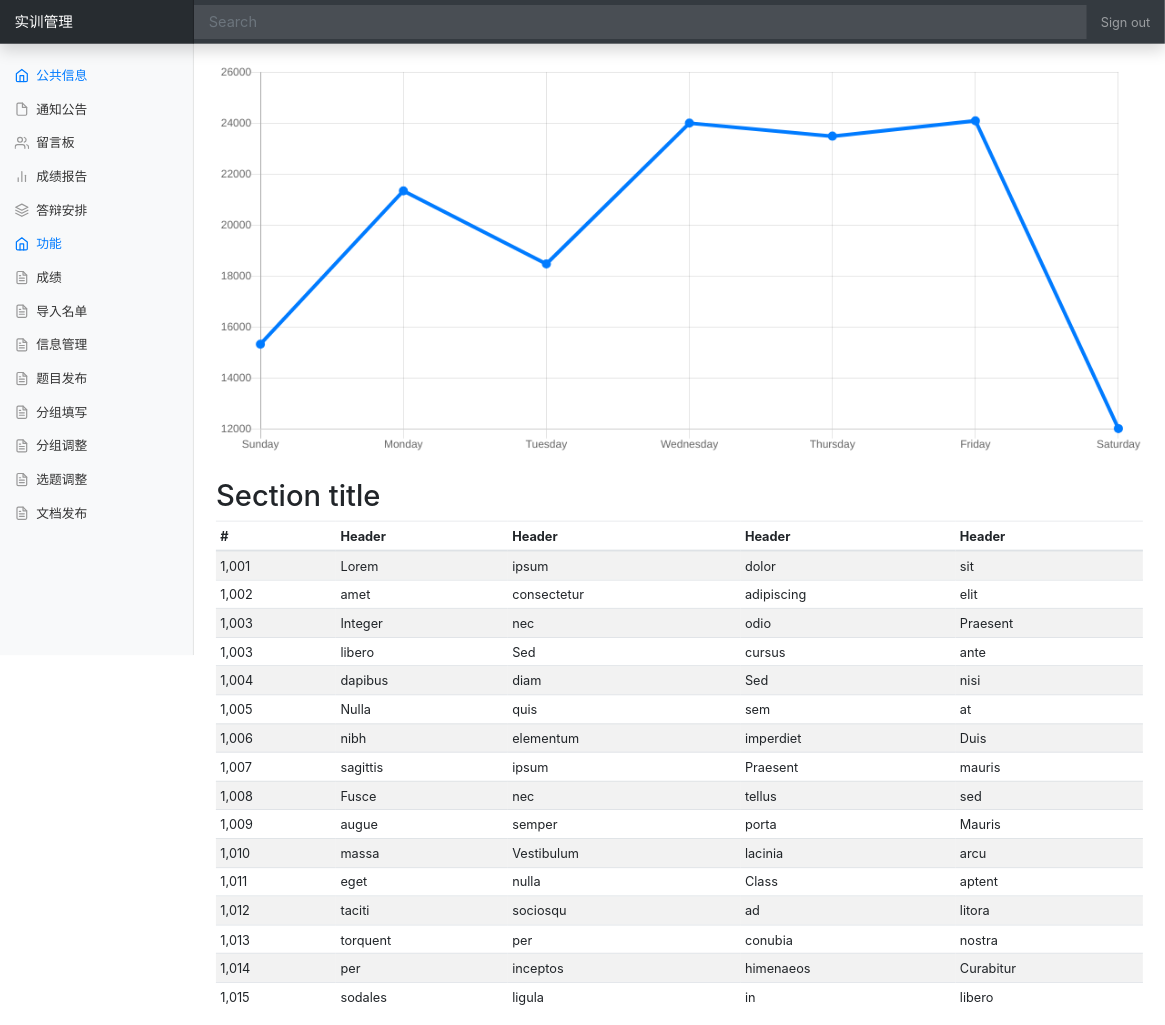
Repository: Kong-T/Practical-training
Page: Administrator/dashboard/index.html
An editor plug-in stored every save of this project. The page is shown before and after the next save, followed by the edit.
The browser window is 1280 px wide. The pictures show the whole page, at 91% of full size.
Some web libraries are served in a nearby version.

Above is the page before, as saved 2020-12-14 10:27:36.

After the next save:
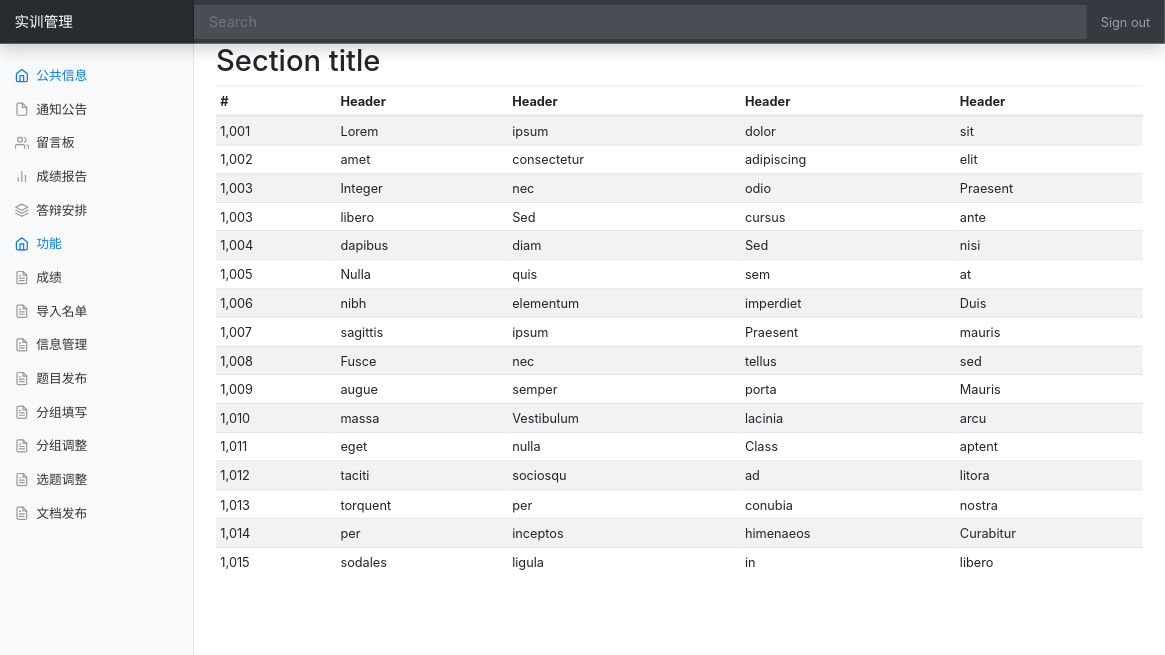
Console error: TypeError: Cannot read properties of null (reading 'length')
Saved 42 s later.
--- a/Administrator/dashboard/index.html
+++ b/Administrator/dashboard/index.html
@@ -162,7 +162,7 @@
         </div>
       </div> -->
 
-      <canvas class="my-4 w-100" id="myChart" width="900" height="380"></canvas>
+      <!-- <canvas class="my-4 w-100" id="myChart" width="900" height="380"></canvas> -->
 
       <h2>Section title</h2>
       <div class="table-responsive">
